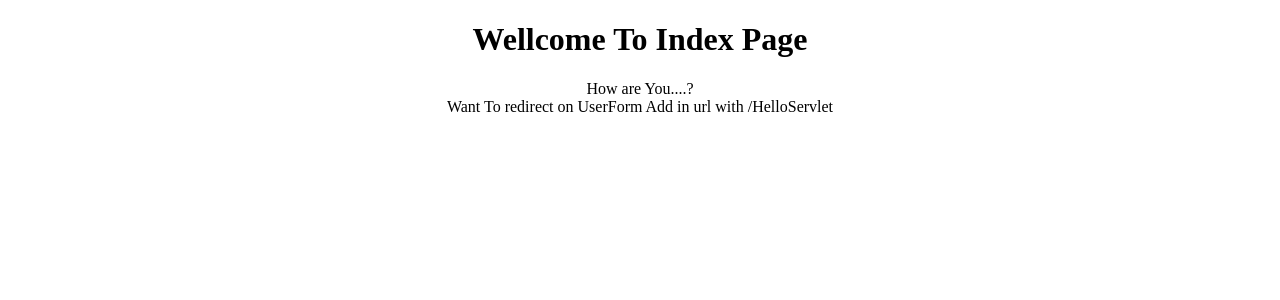
Repository: Abhi070717/Advance-Java
Page: http://localhost/jsp-servlet/
These files come from the project's save history. The page is drawn as it stood at one moment and after the next save; the edit follows.
The browser window is 1280 px wide. The pictures show the whole page.
The page is served by Tomcat 9. Other server files are loaded and not shown.

Above is the page before, as saved 2026-01-22 12:01:34.

### Jsp-servlet/jsp-servlet/WebContent/index.jsp
<%@ page language="java" contentType="text/html; charset=ISO-8859-1"
    pageEncoding="ISO-8859-1"%>
<!DOCTYPE html>
<html>
<head>
<meta charset="ISO-8859-1">
<title>Index-001</title>
</head>
<body>
<div align="center">
<h1>Wellcome To Index Page</h1>
How are You....?</br>
Want To redirect on UserForm Add in url with /HelloServlet
</div>
</body>
</html>

After the next save:
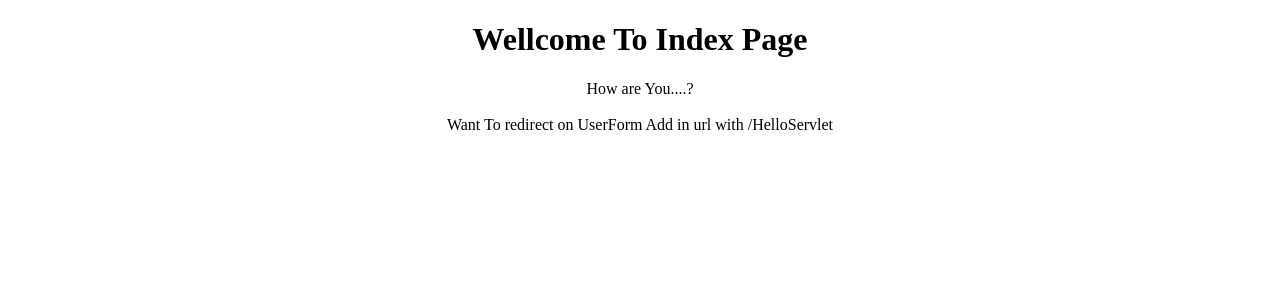
Saved 3 min 5 s later.
--- a/Jsp-servlet/jsp-servlet/WebContent/index.jsp
+++ b/Jsp-servlet/jsp-servlet/WebContent/index.jsp
@@ -9,7 +9,7 @@
 <body>
 <div align="center">
 <h1>Wellcome To Index Page</h1>
-How are You....?</br>
+How are You....?</br></br>
 Want To redirect on UserForm Add in url with /HelloServlet
 </div>
 </body>
